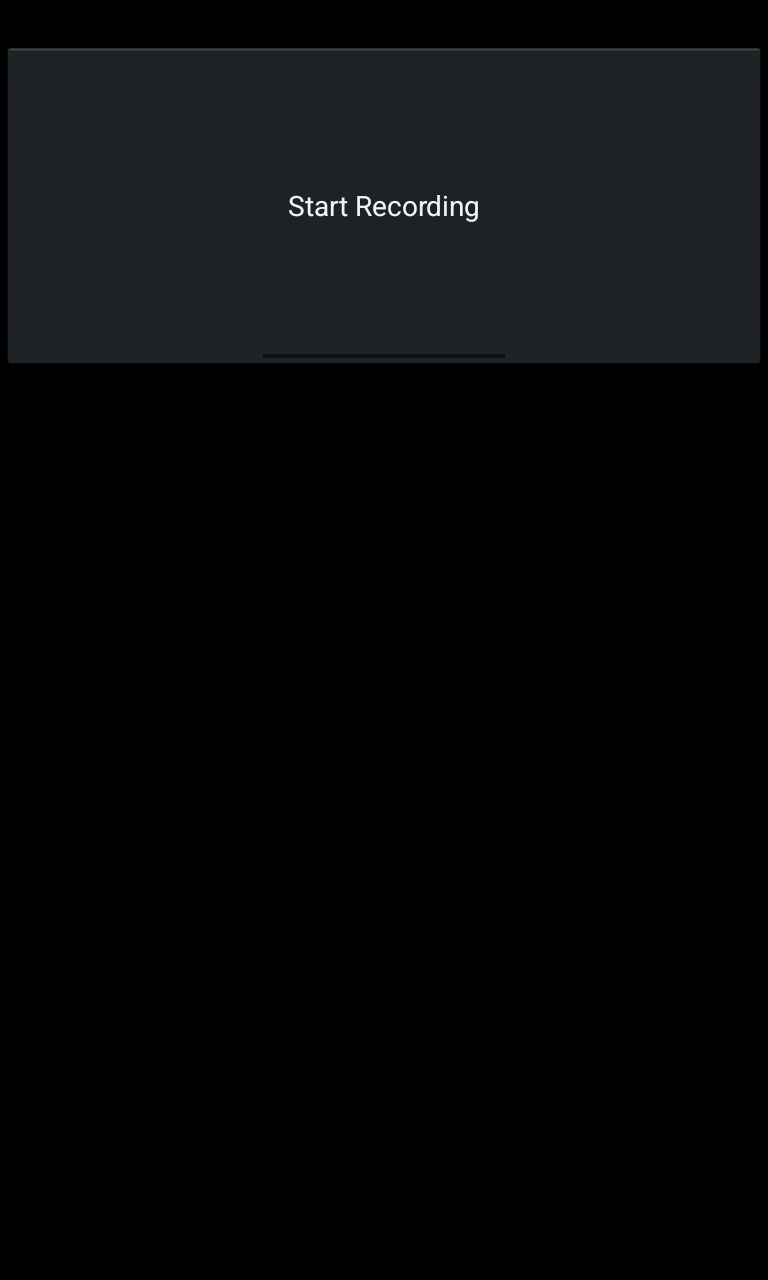
Repository: Amir13/Android_Basic_Steps
Layout: ViewElements5/res/layout/activity_audio_recorder.xml
An editor plug-in stored every save of this project. The layout is shown before and after the next save, followed by the edit.
It is drawn on a 768 x 1280 px phone screen (xhdpi) without system bars, with theme android:Theme.Holo; the app's code is not run.

Above is the layout before, as saved 2014-06-15 18:59:11.

After the next save:
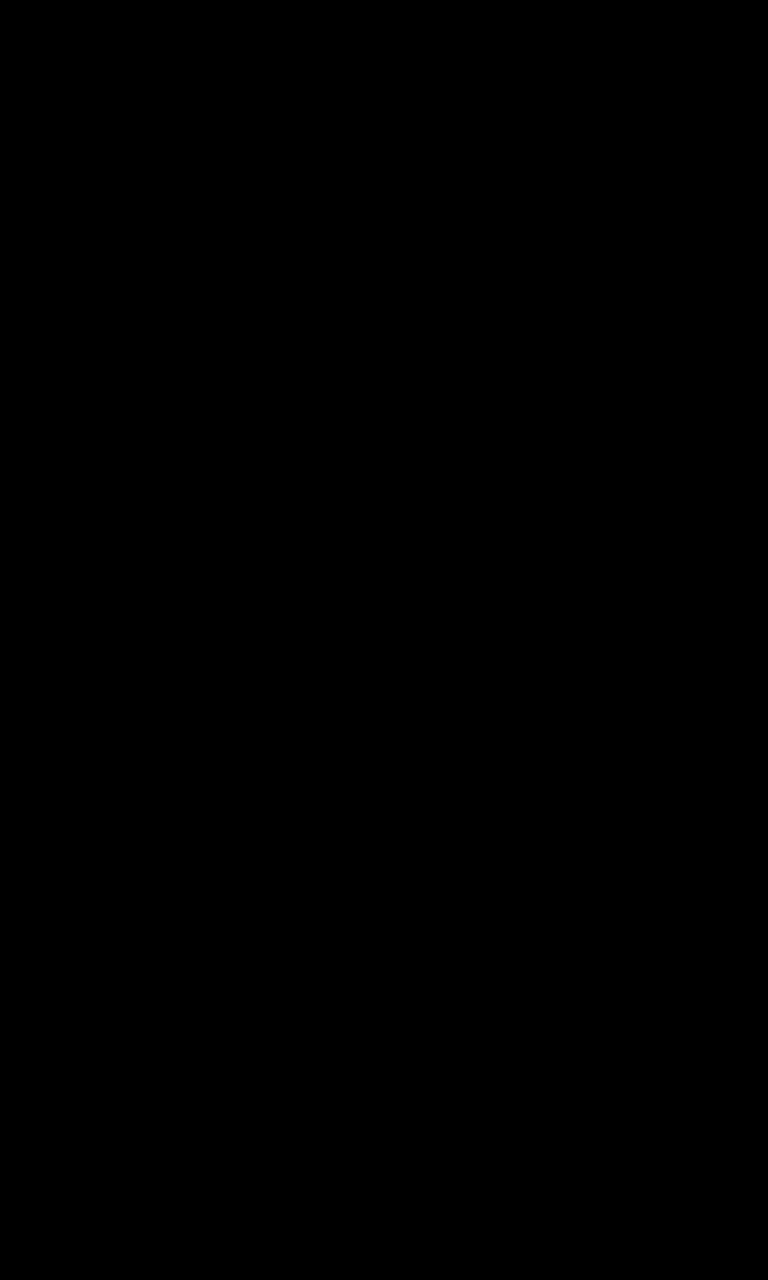
Saved 17 s later.
--- a/ViewElements5/res/layout/activity_audio_recorder.xml
+++ b/ViewElements5/res/layout/activity_audio_recorder.xml
@@ -7,7 +7,7 @@
     <ToggleButton
         android:id="@+id/toggleStart"
         android:layout_width="match_parent"
-        android:layout_height="165dp"
+
         android:layout_marginTop="20dp"
         android:textOff="Start Recording"
         android:textOn="Stop Recording" />

After the save that followed:
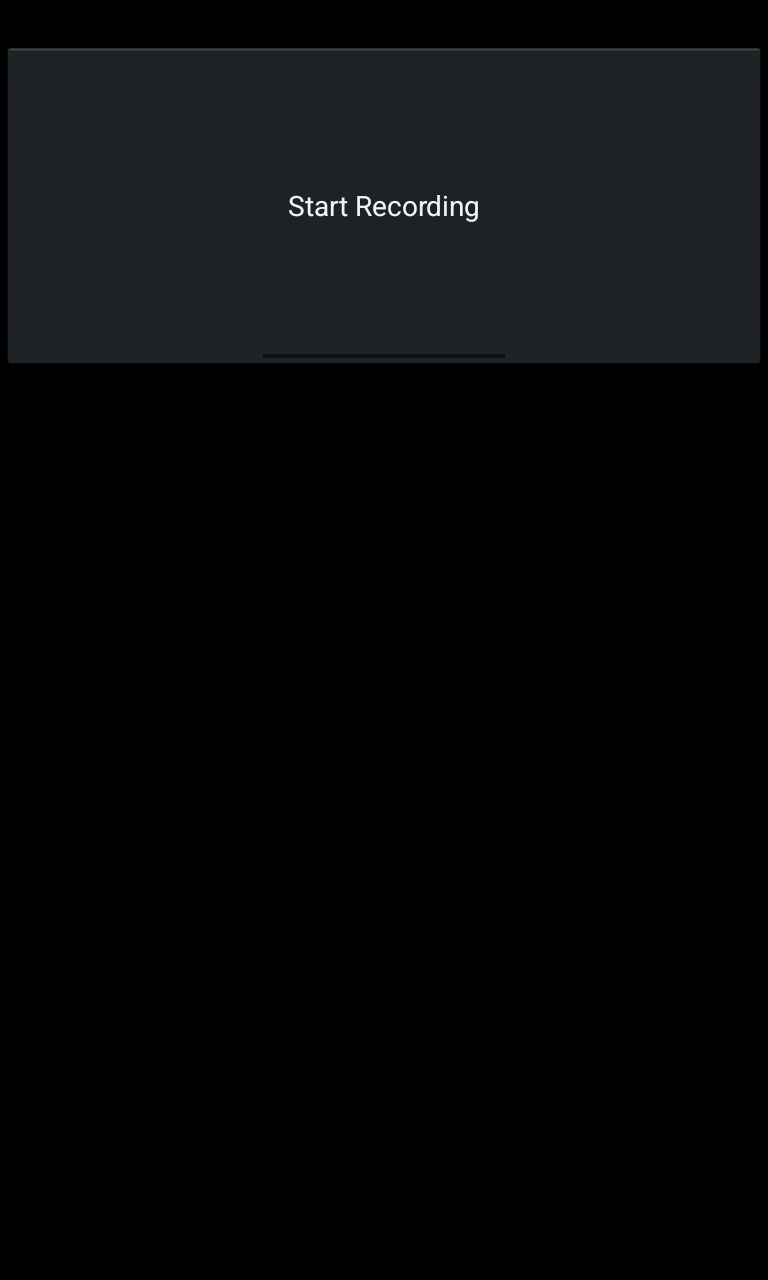
Saved 21 s later.
--- a/ViewElements5/res/layout/activity_audio_recorder.xml
+++ b/ViewElements5/res/layout/activity_audio_recorder.xml
@@ -7,7 +7,7 @@
     <ToggleButton
         android:id="@+id/toggleStart"
         android:layout_width="match_parent"
-
+        android:layout_height="165dp"
         android:layout_marginTop="20dp"
         android:textOff="Start Recording"
         android:textOn="Stop Recording" />
